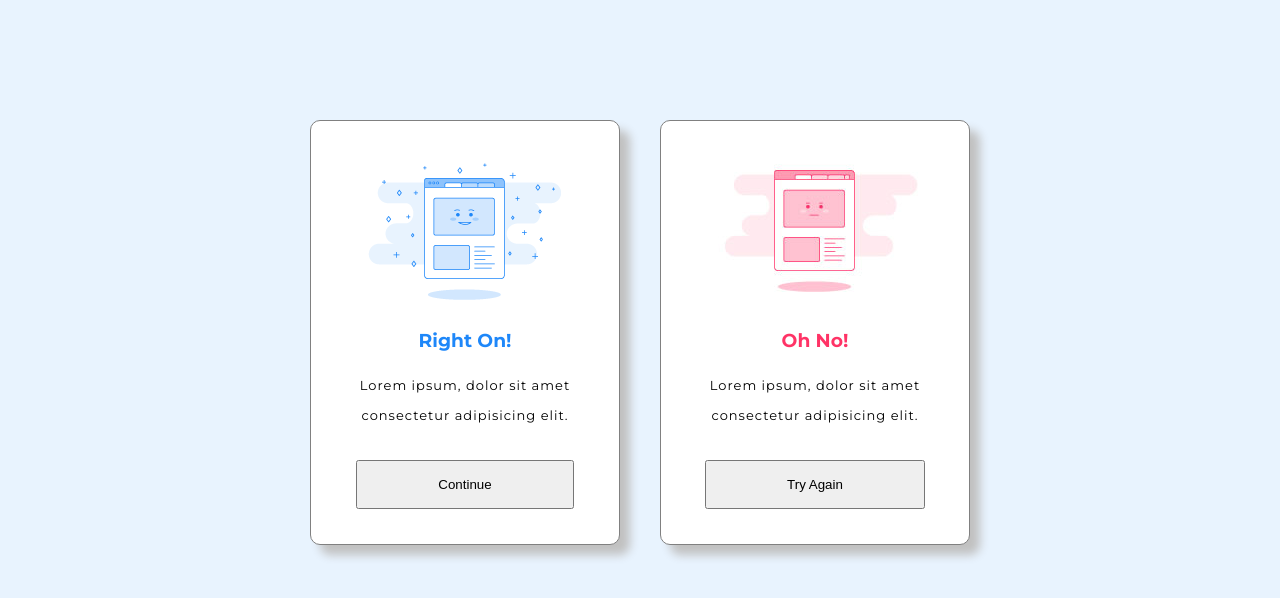
Repository: giahuy405/flash_message_BEM
Page: index.html
These files come from the project's save history. The page is drawn as it stood at one moment and after the next save; the edit follows.
The browser window is 1280 px wide. The pictures show the whole page.

Above is the page before, as saved 2022-09-06 02:39:33.

After the next save:
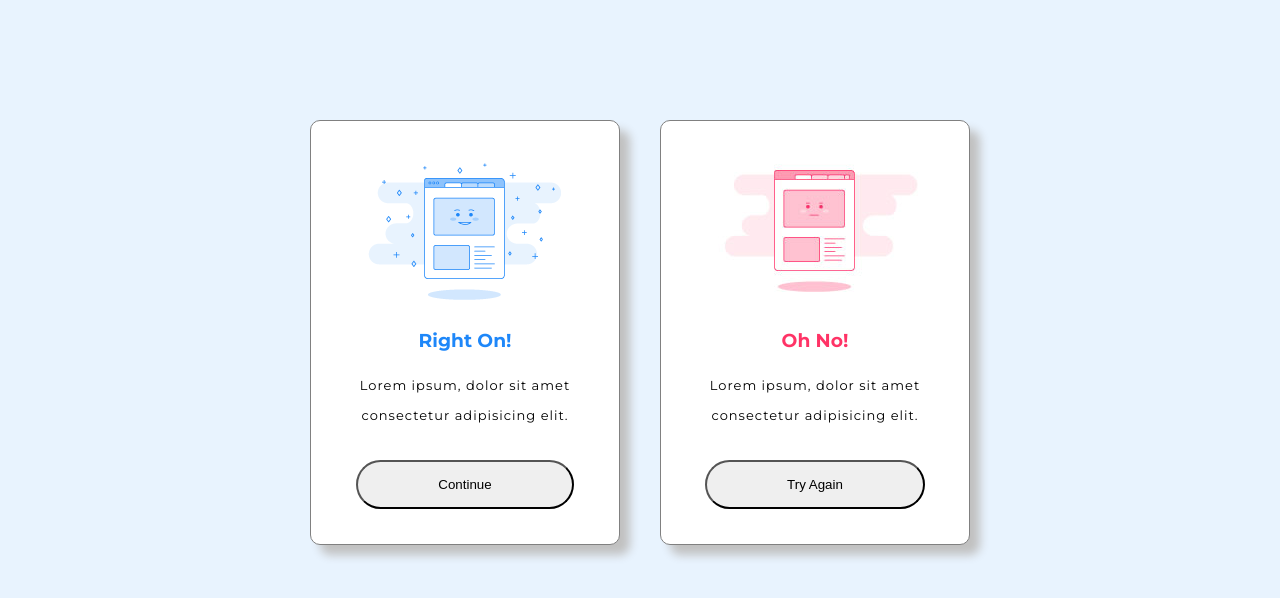
Saved 12 s later.
--- a/css/index.css
+++ b/css/index.css
@@ -42,5 +42,6 @@ body{
 }
 .flash-message__button{
     padding: 15px 80px;
+    border-radius: 30px;
     margin-top: 30px;
 }
